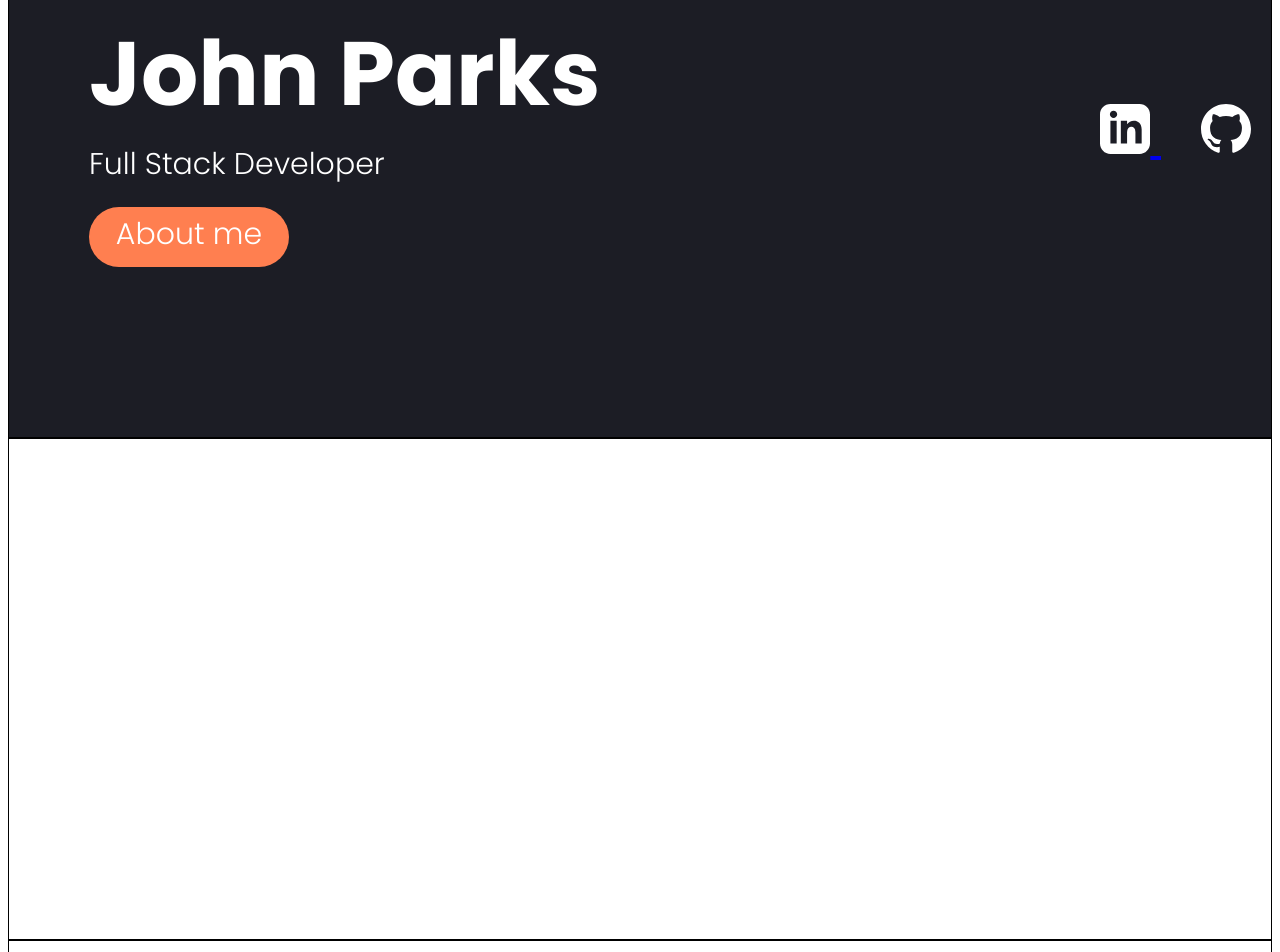
Repository: Jcparks84/Portfolio
Page: index.html
The author's editor kept a copy of each file at every save. The page is drawn from the files as they stood at one save, then again after a run of saves.
The browser window is 1280 px wide. The pictures show the part of the page from y = 292 to 1244 px (the page is 2242 px tall).
A picture or video elsewhere on the page could not be fetched, so the positions and the page height are approximate.

Above is the page before, as saved 2022-08-10 15:33:31.

### index.html
<!DOCTYPE html>
<html>
    <head>
        <link rel="stylesheet" href="src/styles.css"/>
        <link rel="preconnect" href="https://fonts.googleapis.com">
        <link rel="preconnect" href="https://fonts.gstatic.com" crossorigin>
        <link href="https://fonts.googleapis.com/css2?family=Poppins:wght@300;400;600;700;800&display=swap" rel="stylesheet">
        <title>Portfolio</title>
        <meta charset="UTF-8" />
    </head>
    <body>
        <section class="hero">
            <nav>
                <img class="logo" src="src/images/coding-png-11.png" alt="John's Logo"/>
                <ul>
                    <li>About Me</li>
                    <li>Projects</li>
                    <li>Contact Me</li>
                </ul>
            </nav>
            <div class="hero-area">
                <div class="hero-text">
                <h1>John Parks</h1>
                <p>Full Stack Developer</p>
                <div class="button">About me</div>
            </div>
            <div class="socials">
                <!-- lnkedin -->
                <a href="https://www.linkedin.com/in/jcparks84/" class="social">
                    <svg xmlns="http://www.w3.org/2000/svg" fill="#ffffff" width="50" height="50" viewBox="0 0 24 24"><path d="M19 0h-14c-2.761 0-5 2.239-5 5v14c0 2.761 2.239 5 5 5h14c2.762 0 5-2.239 5-5v-14c0-2.761-2.238-5-5-5zm-11 19h-3v-11h3v11zm-1.5-12.268c-.966 0-1.75-.79-1.75-1.764s.784-1.764 1.75-1.764 1.75.79 1.75 1.764-.783 1.764-1.75 1.764zm13.5 12.268h-3v-5.604c0-3.368-4-3.113-4 0v5.604h-3v-11h3v1.765c1.396-2.586 7-2.777 7 2.476v6.759z"/></svg>
                </a>
                <!-- Github -->
                <a href="https://github.com/Jcparks84" class="social">
                    <svg xmlns="http://www.w3.org/2000/svg" fill="#ffffff" width="50" height="50" viewBox="0 0 24 24"><path d="M12 0c-6.626 0-12 5.373-12 12 0 5.302 3.438 9.8 8.207 11.387.599.111.793-.261.793-.577v-2.234c-3.338.726-4.033-1.416-4.033-1.416-.546-1.387-1.333-1.756-1.333-1.756-1.089-.745.083-.729.083-.729 1.205.084 1.839 1.237 1.839 1.237 1.07 1.834 2.807 1.304 3.492.997.107-.775.418-1.305.762-1.604-2.665-.305-5.467-1.334-5.467-5.931 0-1.311.469-2.381 1.236-3.221-.124-.303-.535-1.524.117-3.176 0 0 1.008-.322 3.301 1.23.957-.266 1.983-.399 3.003-.404 1.02.005 2.047.138 3.006.404 2.291-1.552 3.297-1.23 3.297-1.23.653 1.653.242 2.874.118 3.176.77.84 1.235 1.911 1.235 3.221 0 4.609-2.807 5.624-5.479 5.921.43.372.823 1.102.823 2.222v3.293c0 .319.192.694.801.576 4.765-1.589 8.199-6.086 8.199-11.386 0-6.627-5.373-12-12-12z"/></svg>
                </a>
            </div>
        </div>
        </section>
        <section>
            <div class="info">
                <h2></h2>
            </div>

        </section>
        <section></section>
        <footer></footer>

        <script src="src/app.js"></script>
    </body>
</html>

### src/styles.css
body {
    font-family: 'Poppins', sans-serif;

}

section {
    height: 500px;
    background-color: white;
    border: solid black 1px;
}

.hero {
    background-color: #1c1d25;
    height: 100vh;
    color: white;
    font-size: 40px;
}

footer {
    height: 500px;
    background-color: black;
}

nav {
    display: flex;
    justify-content: space-between;
}

ul {
    display: flex;
    list-style-type: none;
    width: 500px;
    justify-content: space-around;
    font-size: 30px;
}

li {
    text-decoration: none;
}

h1 {
    font-size: 90px;
    margin: 0;
}

p {
    margin: 0;
    font-size: 30px;
    font-weight: 300;
}

.hero-area {
    display: flex;
    height: 100%;
    justify-content: space-between;
    align-items: center;
}

.hero-text {
    margin-left: 80px;
    margin-bottom: 200px;
}

.button {
    width: 200px;
    height: 55px;
    border-radius: 30px;
    background-color: coral;
    text-align: center;
    font-size: 30px;
    font-weight: 300;
    padding-top: 5px;
    margin-top: 20px;
}

.button:hover {
    background-color: #ef744b;
}

.button:active {
    background-color: #A9A9A9;
    color: #808080;
}

.socials {
    padding-bottom: 200px;
}

.logo {
    height: 100px;
    margin: 30px;
}

.social {
    margin: 20px
}

Loaded but not shown: src/app.js (no stored copy; drawn as an empty file)

After the next 5 saves:
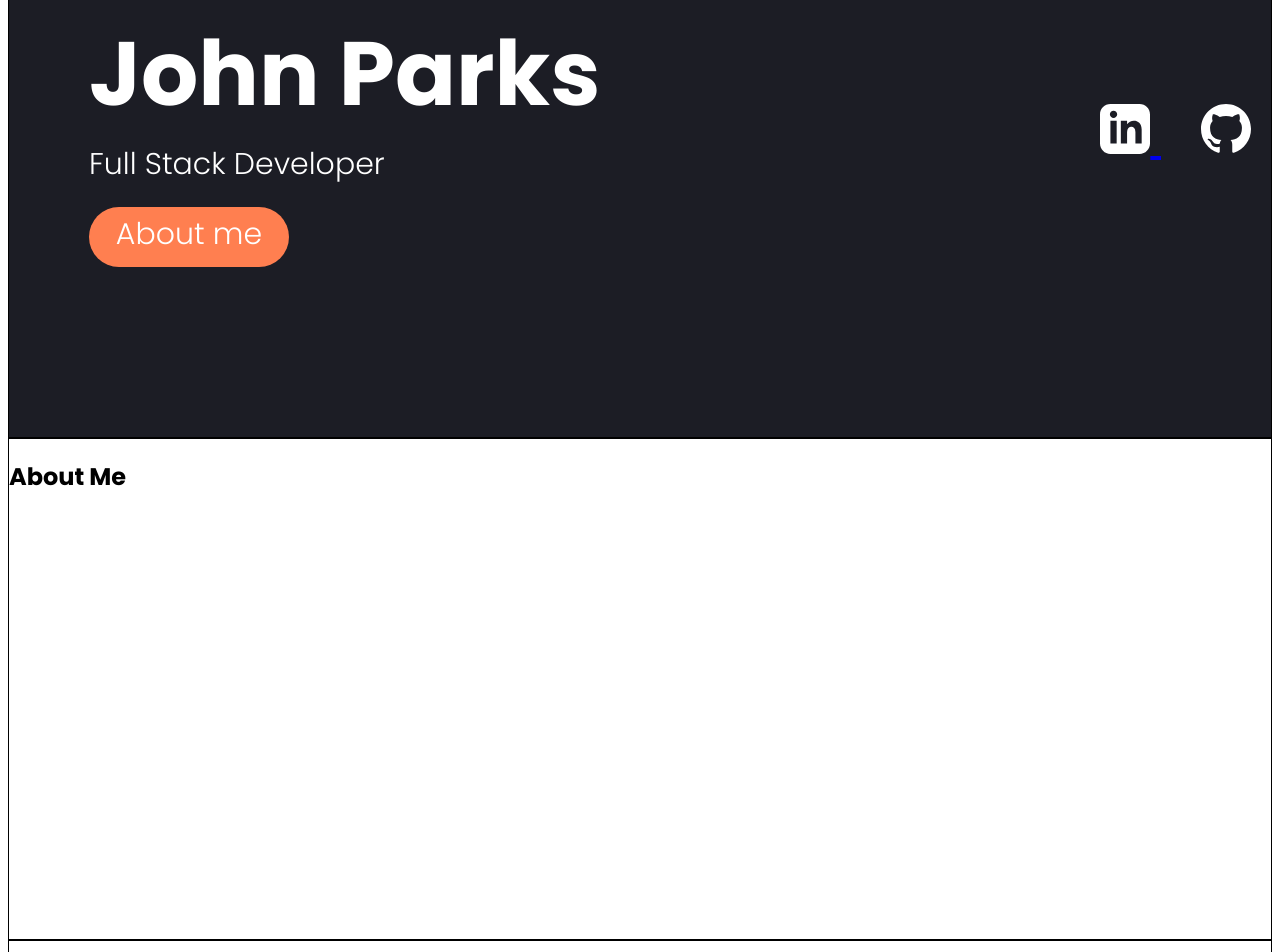
The 5 saves are shown as one change because they came seconds apart.
The last was saved 14 s later.
--- a/index.html
+++ b/index.html
@@ -38,7 +38,8 @@
         </section>
         <section>
             <div class="info">
-                <h2></h2>
+                <h2>About Me</h2>
+                <p></p>
             </div>
 
         </section>
